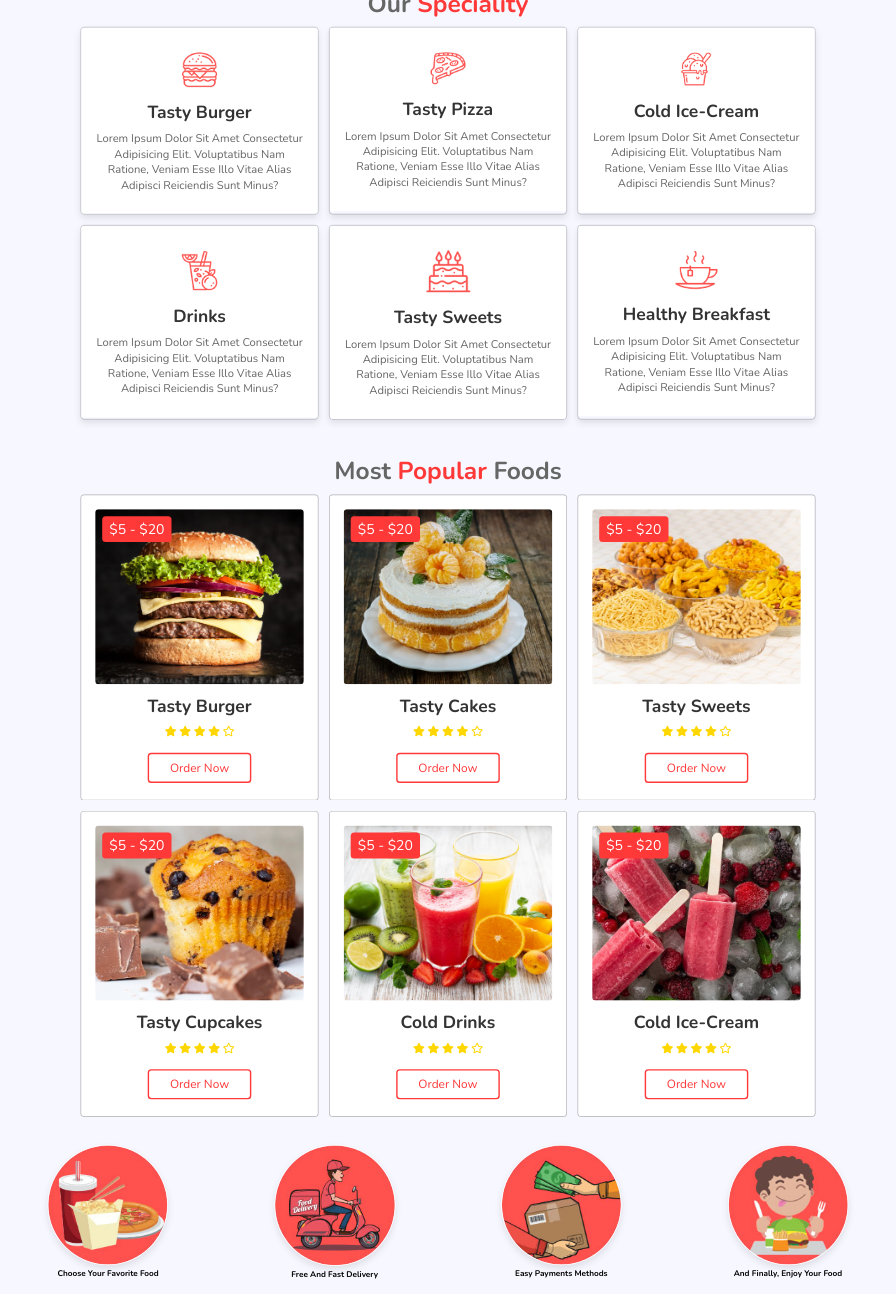
Repository: ManhTanVN/food
Page: index.html
The author's editor kept a copy of each file at every save. The page is drawn from the files as they stood at one save, then again after the next save.
The browser window is 1280 px wide. The pictures show the part of the page from y = 768 to 2688 px (the page is 2617 px tall before and 2688 px after), at 70% of full size.
The style sheet was rebuilt from its Sass, Less or Tailwind sources for each picture, by a compiler version that may differ from the author's.

Above is the page before, as saved 2021-08-29 19:32:43.

After the next save:
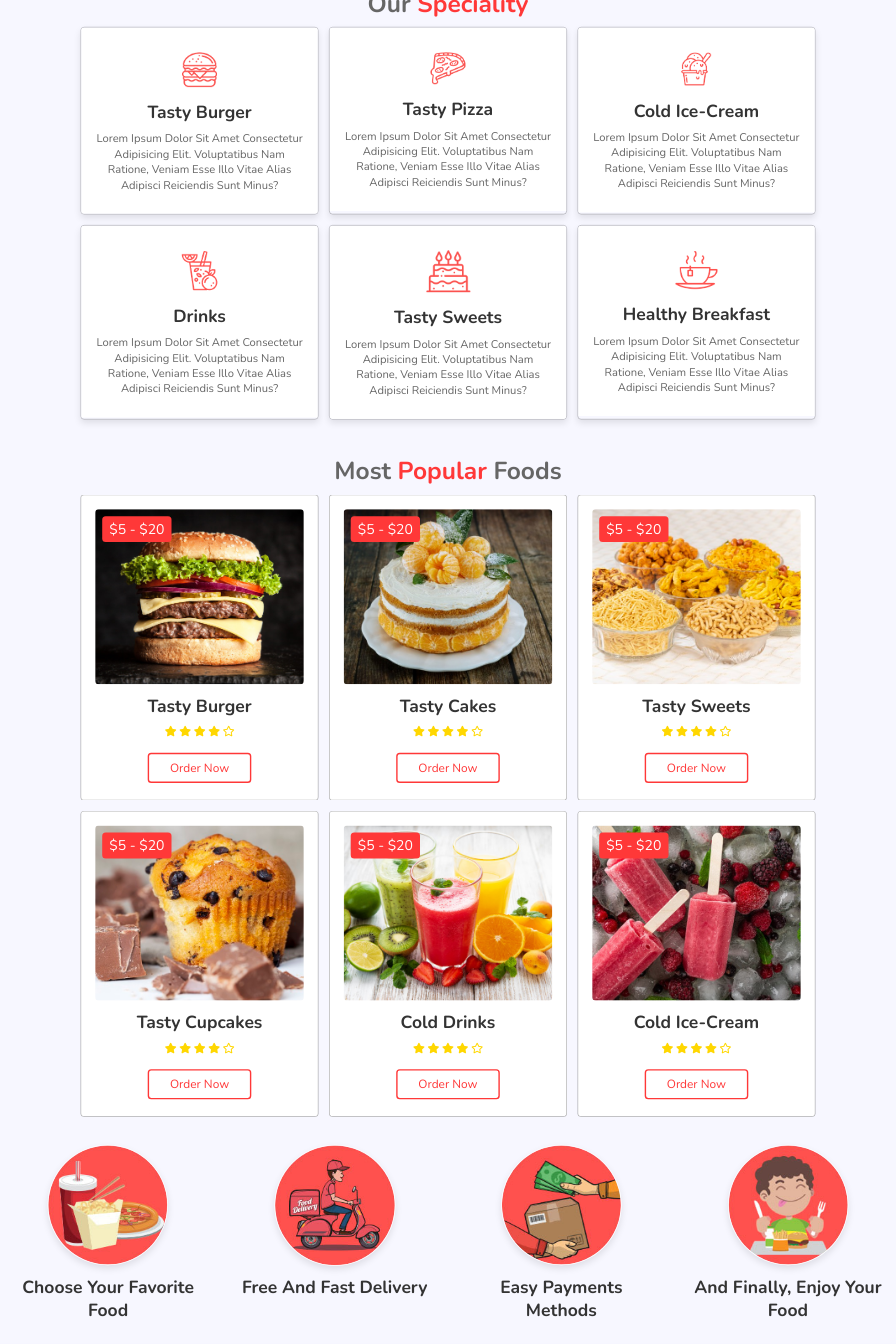
Saved 91 s later.
--- a/sass/_steps.scss
+++ b/sass/_steps.scss
@@ -14,5 +14,11 @@
             border: .1rem solid #fff;
             box-shadow: 0 .5rem 1rem rgba(0,0,0,.1);
         }
+
+        & h3 {
+            font-size: 2.5rem;
+            color: #333;
+            padding: 1rem;
+        }
     }
 }
